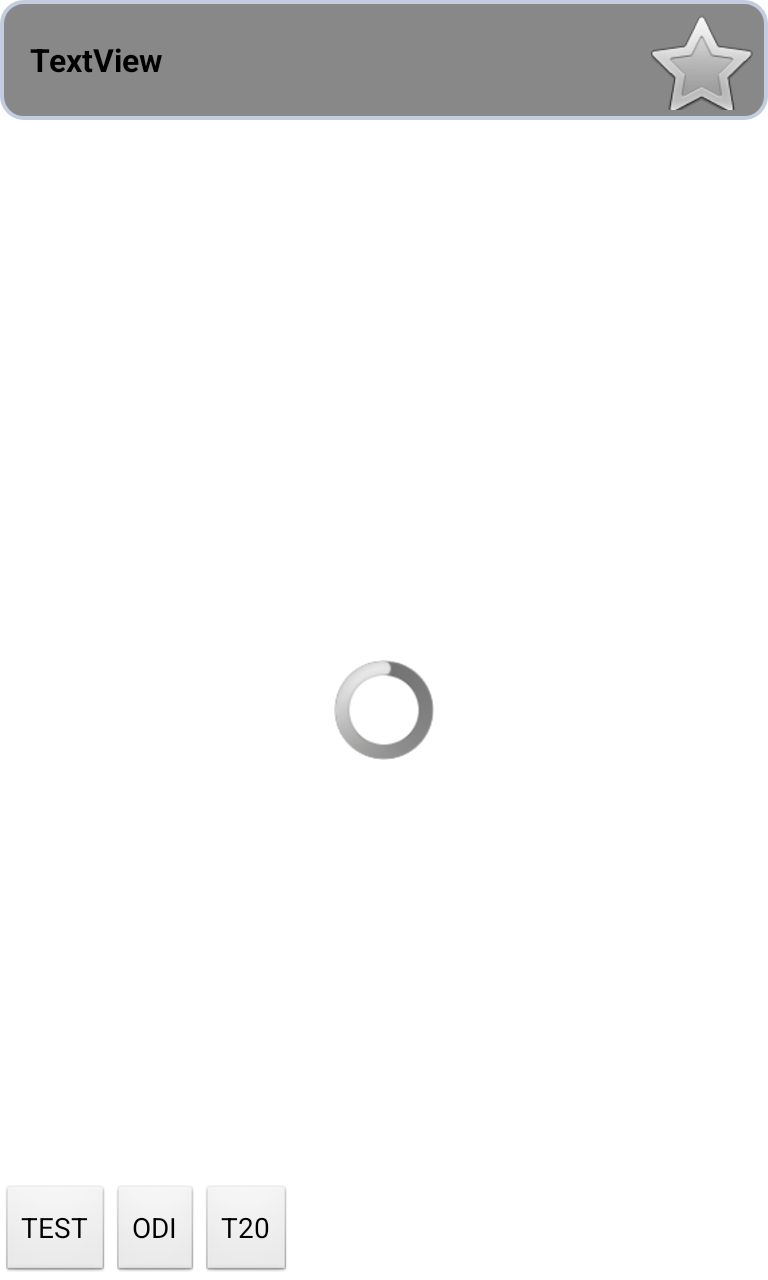
Repository: vinothsridhar/CrickBuzzChallenge
Layout: CricBuzzAndroidApp/res/layout/activity_playerprofile.xml
The author's editor kept a copy of each file at every save. The layout is drawn from the files as they stood at one save, then again after the next save.
It is drawn on a 768 x 1280 px phone screen (xhdpi) without system bars, with theme AppTheme; the app's code is not run.

Above is the layout before, as saved 2014-12-20 14:36:29.

### CricBuzzAndroidApp/res/layout/activity_playerprofile.xml
<RelativeLayout xmlns:android="http://schemas.android.com/apk/res/android"
    xmlns:tools="http://schemas.android.com/tools"
    android:layout_width="match_parent"
    android:layout_height="match_parent" >

    <include
        android:id="@+id/topItem"
        layout="@layout/playlist_item" />

    <RelativeLayout
        android:layout_width="fill_parent"
        android:layout_height="fill_parent"
        android:layout_below="@+id/topItem" >

        <ProgressBar
            android:id="@+id/profileProgress"
            android:layout_width="50dp"
            android:layout_height="50dp"
            android:layout_centerInParent="true" />

        <RelativeLayout
            android:id="@+id/profileInfo"
            android:layout_width="fill_parent"
            android:layout_height="fill_parent"
            android:orientation="vertical" >

            <LinearLayout
                android:layout_width="match_parent"
                android:layout_height="wrap_content"
                android:layout_alignParentBottom="true"
                android:orientation="horizontal" >

                <Button
                    android:id="@+id/test"
                    android:layout_width="wrap_content"
                    android:layout_height="wrap_content"
                    android:text="@string/test_text" />

                <Button
                    android:id="@+id/odi"
                    android:layout_width="wrap_content"
                    android:layout_height="wrap_content"
                    android:text="@string/odi_text" />

                <Button
                    android:id="@+id/t20"
                    android:layout_width="wrap_content"
                    android:layout_height="wrap_content"
                    android:text="@string/t20_text" />

            </LinearLayout>
        </RelativeLayout>
    </RelativeLayout>

</RelativeLayout>

### CricBuzzAndroidApp/res/values/styles.xml
<resources xmlns:android="http://schemas.android.com/apk/res/android">
    <style name="AppBaseTheme" parent="@android:style/Theme.Light.NoTitleBar">
    </style>

    <style name="AppTheme" parent="AppBaseTheme">
    </style>

    <style name="BoldText">
        <item name="android:textSize">@dimen/medium_text</item>
        <item name="android:textStyle">bold</item>
        <item name="android:padding">5dp</item>
    </style>

    <style name="TitleText">
        <item name="android:textSize">@dimen/big_text</item>
        <item name="android:background">@color/black</item>
        <item name="android:textColor">@color/white</item>
        <item name="android:textStyle">bold</item>
        <item name="android:gravity">center_vertical</item>
        <item name="android:padding">5dp</item>
    </style>

    <style name="TitleIcon" parent="@android:style/Widget.TabWidget">
        <item name="android:gravity">center_vertical</item>
        <item name="android:background">@drawable/tab_holo</item>
        <item name="android:paddingLeft">5dp</item>
        <item name="android:paddingRight">5dp</item>
    </style>

    <style name="TotalText" parent="BoldText">
        <item name="android:textColor">@color/black</item>
        <item name="android:background">@color/yellow</item>
        <item name="android:weightSum">2</item>
        <item name="android:gravity">center</item>
    </style>

    <style name="PlayerNameText">
        <item name="android:textColor">@color/black</item>
        <item name="android:textSize">@dimen/big_text</item>
        <item name="android:paddingLeft">10dp</item>
        <item name="android:textStyle">bold</item>
    </style>

    <style name="Button">
        <item name="android:textColor">@color/white</item>
        <item name="android:textSize">@dimen/medium_text</item>
        <item name="android:padding">5dp</item>
        <item name="android:textStyle">bold</item>
        <item name="android:background">@drawable/button_item</item>
    </style>

</resources>

### CricBuzzAndroidApp/res/layout/playlist_item.xml
<?xml version="1.0" encoding="utf-8"?>
<LinearLayout xmlns:android="http://schemas.android.com/apk/res/android"
    android:layout_width="match_parent"
    android:layout_height="60dp"
    android:layout_gravity="center_vertical"
    android:gravity="center_vertical"
    android:background="@drawable/playerlistitem"
    android:layout_marginBottom="10dp"
    android:clickable="true"
    android:orientation="horizontal" >

    <TextView
        android:id="@+id/playerName"
        android:layout_width="fill_parent"
        android:layout_height="wrap_content"
        android:layout_weight="1"
        style="@style/PlayerNameText"
        android:text="TextView" />

    <RatingBar
        android:id="@+id/ratingBar1"
        android:layout_width="wrap_content"
        android:layout_height="wrap_content"
        android:layout_weight="0"
        android:stepSize="1"
        android:numStars="1" />

</LinearLayout>

### CricBuzzAndroidApp/res/values/strings.xml
<?xml version="1.0" encoding="utf-8"?>
<resources>

    <string name="app_name">CricBuzzAndroidApp</string>
	<string name="loading_playlist_text">Loading Playlist</string>
	<string name="total_players_text">Total Players: %1$s</string>
	<string name="total_favorites_text">Favorites: %1$s</string>
	<string name="test_text">TEST</string>
	<string name="odi_text">ODI</string>
	<string name="t20_text">T20</string>
</resources>

### CricBuzzAndroidApp/res/drawable/playerlistitem.xml
<?xml version="1.0" encoding="utf-8"?>
<selector xmlns:android="http://schemas.android.com/apk/res/android">

    <item android:state_pressed="true"><shape android:shape="rectangle">
            <solid android:color="#588687"></solid>

            <stroke android:width="2dp" android:color="#C4CDE0"></stroke>

            <padding android:bottom="5dp" android:left="5dp" android:right="5dp" android:top="5dp"></padding>

            <corners android:radius="11dp"></corners>
        </shape></item>
    <item android:state_pressed="false"><shape android:shape="rectangle">
            <solid android:color="#888888"></solid>

            <stroke android:width="2dp" android:color="#C4CDE0"></stroke>

            <padding android:bottom="5dp" android:left="5dp" android:right="5dp" android:top="5dp"></padding>

            <corners android:radius="11dp"></corners>
        </shape></item>

</selector>

### CricBuzzAndroidApp/res/values/colors.xml
<?xml version="1.0" encoding="utf-8"?>
<resources>
    <color name="black">#000000</color>
    <color name="white">#ffffff</color>
    <color name="yellow">#FFCC00</color>
</resources>

### CricBuzzAndroidApp/res/values/dimens.xml
<resources>

    <!-- Text sizes -->
    <dimen name="small_text">12sp</dimen>
    <dimen name="medium_text">14sp</dimen>
    <dimen name="big_text">16sp</dimen>

</resources>

### CricBuzzAndroidApp/res/drawable/button_item.xml
<?xml version="1.0" encoding="utf-8"?>
<selector xmlns:android="http://schemas.android.com/apk/res/android">

    <item android:state_pressed="true"><shape android:shape="rectangle">
            <solid android:color="#588687"></solid>

            <stroke android:width="2dp" android:color="#C4CDE0"></stroke>

            <padding android:bottom="5dp" android:left="5dp" android:right="5dp" android:top="5dp"></padding>

            <corners android:radius="11dp"></corners>
        </shape></item>
    <item android:state_pressed="false"><shape android:shape="rectangle">
            <solid android:color="#0096B4"></solid>

            <stroke android:width="2dp" android:color="#C4CDE0"></stroke>

            <padding android:bottom="5dp" android:left="5dp" android:right="5dp" android:top="5dp"></padding>

            <corners android:radius="11dp"></corners>
        </shape></item>

</selector>

After the next save:
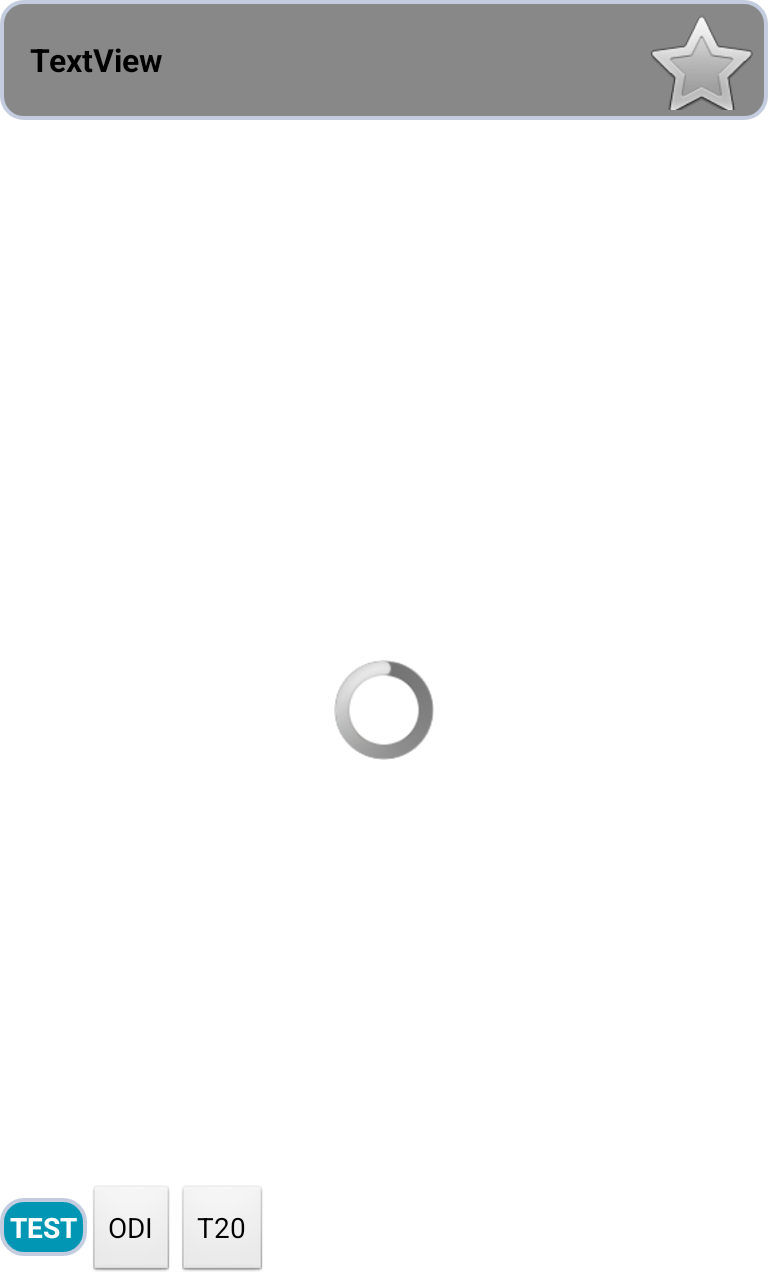
Saved 14 s later.
--- a/CricBuzzAndroidApp/res/layout/activity_playerprofile.xml
+++ b/CricBuzzAndroidApp/res/layout/activity_playerprofile.xml
@@ -34,6 +34,7 @@
                     android:id="@+id/test"
                     android:layout_width="wrap_content"
                     android:layout_height="wrap_content"
+                    style="@style/Button"
                     android:text="@string/test_text" />
 
                 <Button
